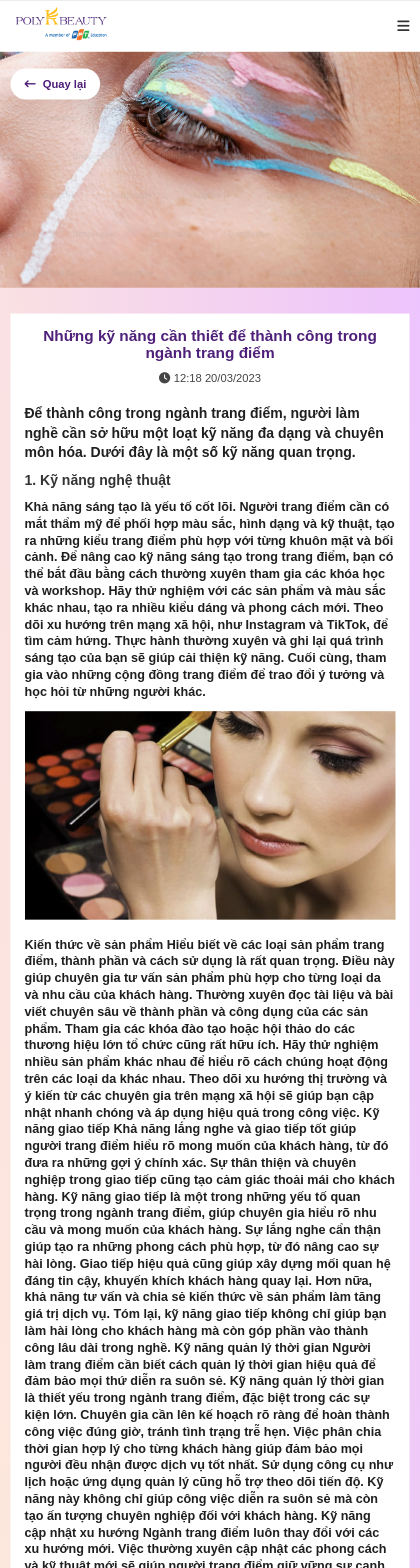
Repository: dinhtri123/k_beauty
Page: detail.html
The author's editor kept a copy of each file at every save. The page is drawn from the files as they stood at one save, then again after the next save.
The browser window is 600 px wide. The pictures show the part of the page from y = 0 to 2240 px (the page is 5534 px tall before and 5520 px after), at 70% of full size.
Some web fonts or font styles are not loaded; a fallback is used.

Above is the page before, as saved 2024-12-25 20:42:19.

After the next save:
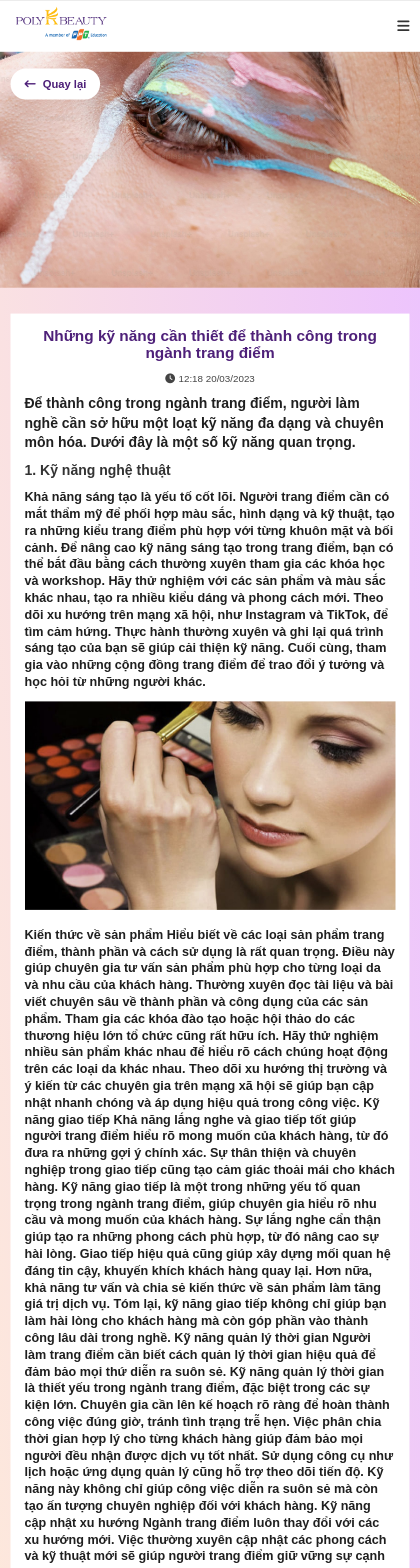
Saved 24 s later.
--- a/css/detail.css
+++ b/css/detail.css
@@ -99,4 +99,8 @@
     font-size: 22px;
     line-height: 24px;
   }
+  .detail-main time {
+    font-size: 14px;
+    margin-bottom: 10px;
+  }
 }
